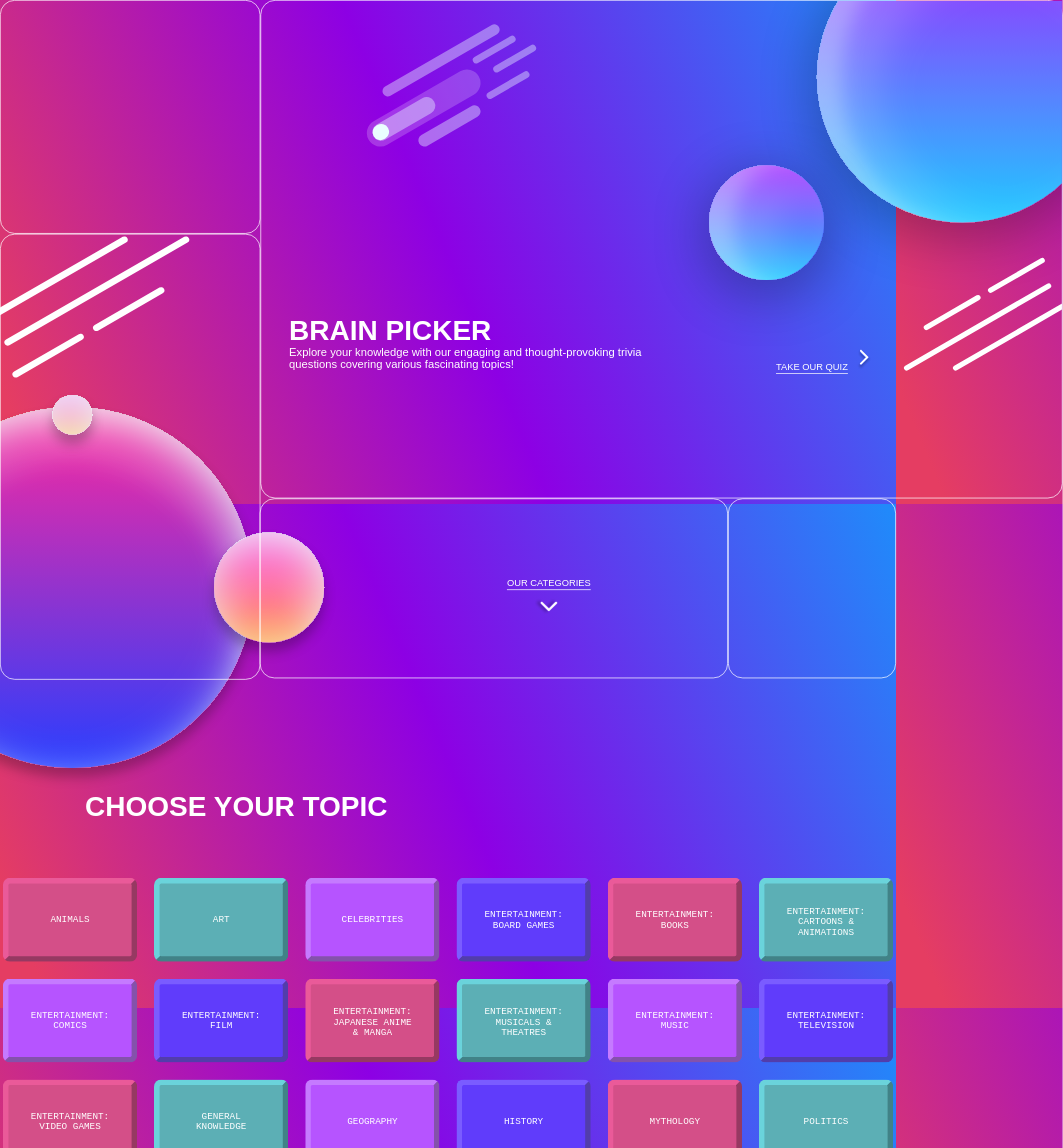
Repository: pjiang604/COMP-2170_Final-Project
Page: index.html
These files come from the project's save history. The page is drawn as it stood at one moment and after the next save; the edit follows.
The browser window is 1280 px wide. The page is 1518 px wide, so the pictures cover 1518 px, including what lies to the right of the window. The pictures show the part of the page from y = 0 to 1640 px (the page is 2000 px tall before and 2800 px after), at 70% of full size.
Backgrounds fixed to the window are drawn as part of the page.

Above is the page before, as saved 2023-04-30 13:32:51.

After the next save:
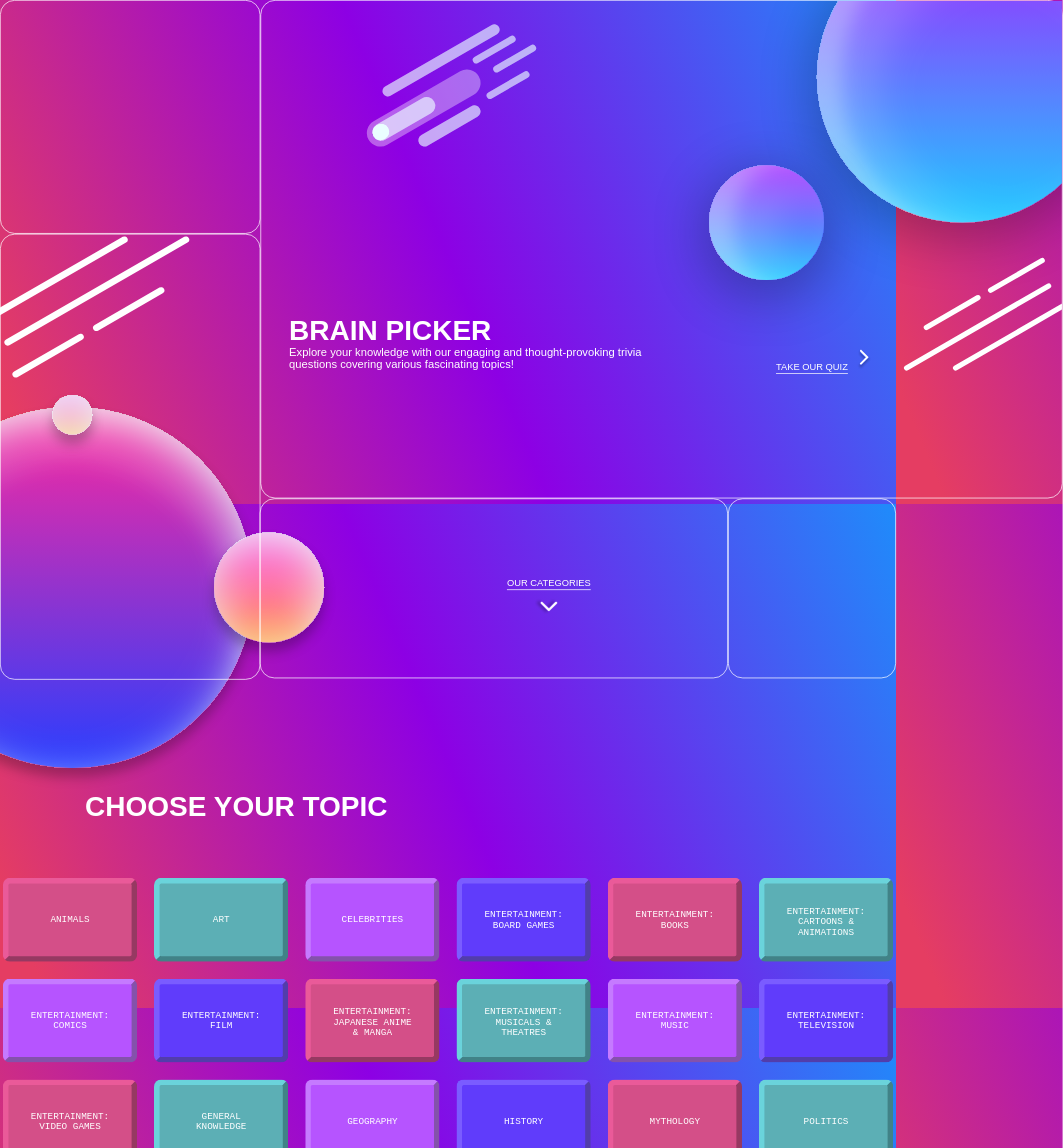
Saved 3 min 13 s later.
--- a/index.html
+++ b/index.html
@@ -79,6 +79,11 @@
         <button class='topic_button3' id="sports">sports</button>
         <button class='topic_button4' id="vehicles">vehicles</button>
       </div>
+      <div class="graphics_bottom">
+        <img class="shooting__star_top" src="/Assets/bg_graphics/shooting_star_alt.svg" alt="">
+        <img class="bottom_right_sphere" src="/Assets/bg_graphics/bottom_right_sphere_group.svg" alt="">
+        <img class="star__right" src="/Assets/bg_graphics/shooting_star_right.svg" alt="">
+      </div>
     </div>
 
   </body>
